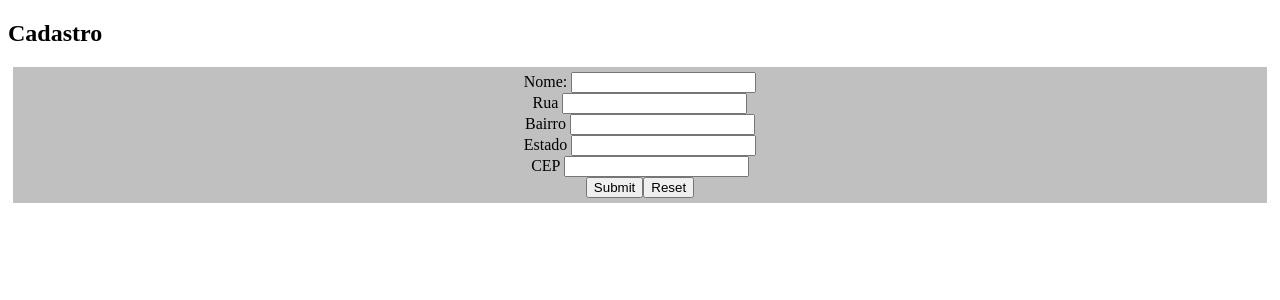
Repository: ViniciusyLima/SpringToolSuite4
Page: http://localhost/aula05/Cadastro.jsp
An editor plug-in stored every save of this project. The page is shown before and after the next save, followed by the edit.
The browser window is 1280 px wide. The pictures show the whole page.
The page is served by Tomcat 9.

Above is the page before, as saved 2023-09-06 12:26:16.

### aula05/src/main/webapp/Cadastro.jsp
<%@ page language="java" contentType="text/html; charset=ISO-8859-1"
    pageEncoding="UTF-8"%>
<!DOCTYPE html>
<html>
<head>
<meta charset="UTF-8">
<title>CADASTRO</title>
</head>
<link rel= stylesheet type= text/css href=Style.css>
<body>
<h2>Cadastro</h2>
	<div  class="texto">
	<form action="lista.jsp">
	<label>Nome:</label>
	<input type="text" name="nome" id="nome">
	<br>
	<label>Rua</label>
	<input type="text" name="rua" id="rua">
	<br>
	<label>Bairro</label>
	<input type="text" name="bairro" id="bairro">
	<br>
	<label>Estado</label>
	<input type="text" name="estado" id="estado">
	<br>
	<label>CEP</label>
	<input type="text" name="cep" id="cep">
	<br>
	<input type="submit"><input type="reset">
	</form>
	</div>
</body>
</html>

### aula05/src/main/webapp/Style.css
@charset "UTF-8";

.texto {
	display: block;
	flex-direction: column;
	text-align: center;
	align-items: center;
	background-color: rgb(192, 192, 192);
	padding: 5px;
	margin: 5px;
}

h3 {
	text-align: center;
	text-shadow: 2px 2px 2px rgb(0, 0, 255);
}

After the next save:
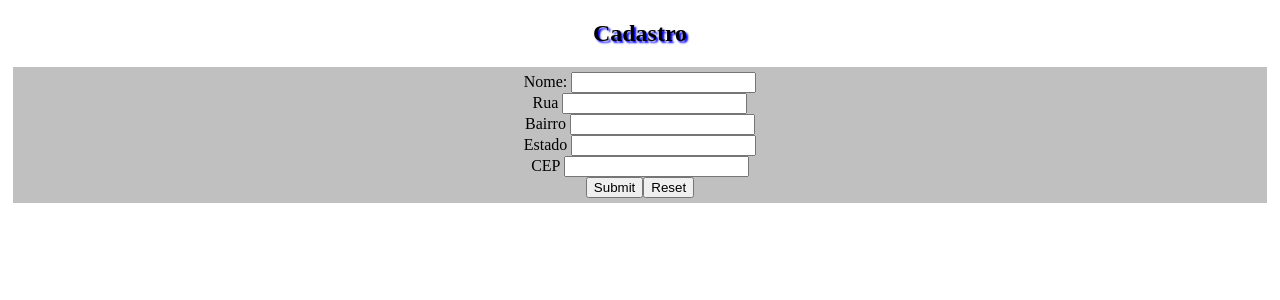
Saved 12 s later.
--- a/aula05/src/main/webapp/Style.css
+++ b/aula05/src/main/webapp/Style.css
@@ -10,7 +10,7 @@
 	margin: 5px;
 }
 
-h3 {
+h2 {
 	text-align: center;
 	text-shadow: 2px 2px 2px rgb(0, 0, 255);
 }
